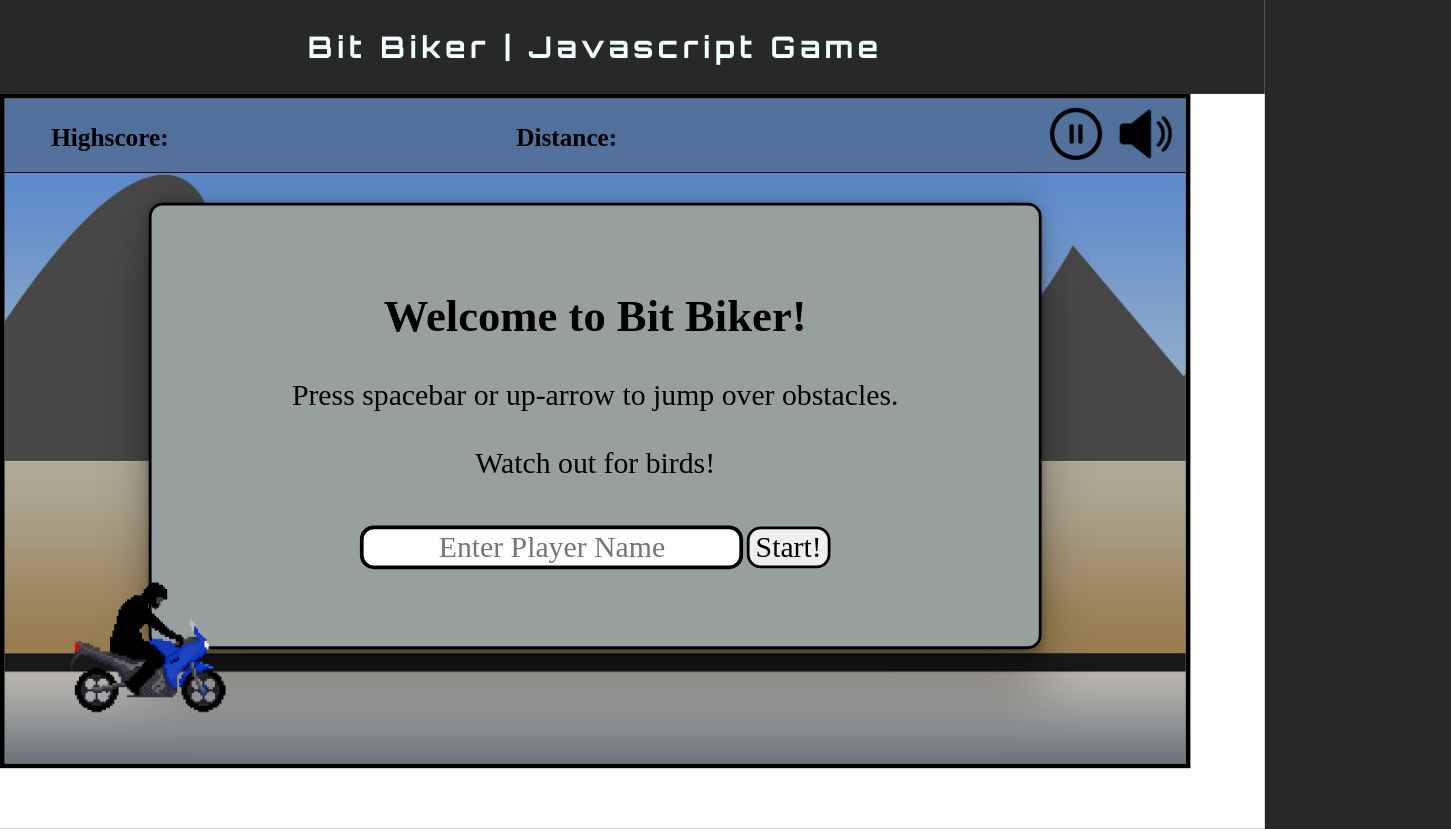
Repository: jellymel0n/bit-biker
Page: index.html
The author's editor kept a copy of each file at every save. The page is drawn from the files as they stood at one save, then again after the next save.
The browser window is 1280 px wide. The page is 1360 px wide, then 1560 px, so the pictures cover 1560 px, including what lies to the right of the window. The pictures show the whole page, at 93% of full size.

Above is the page before, as saved 2021-07-18 20:14:22.

After the next save:
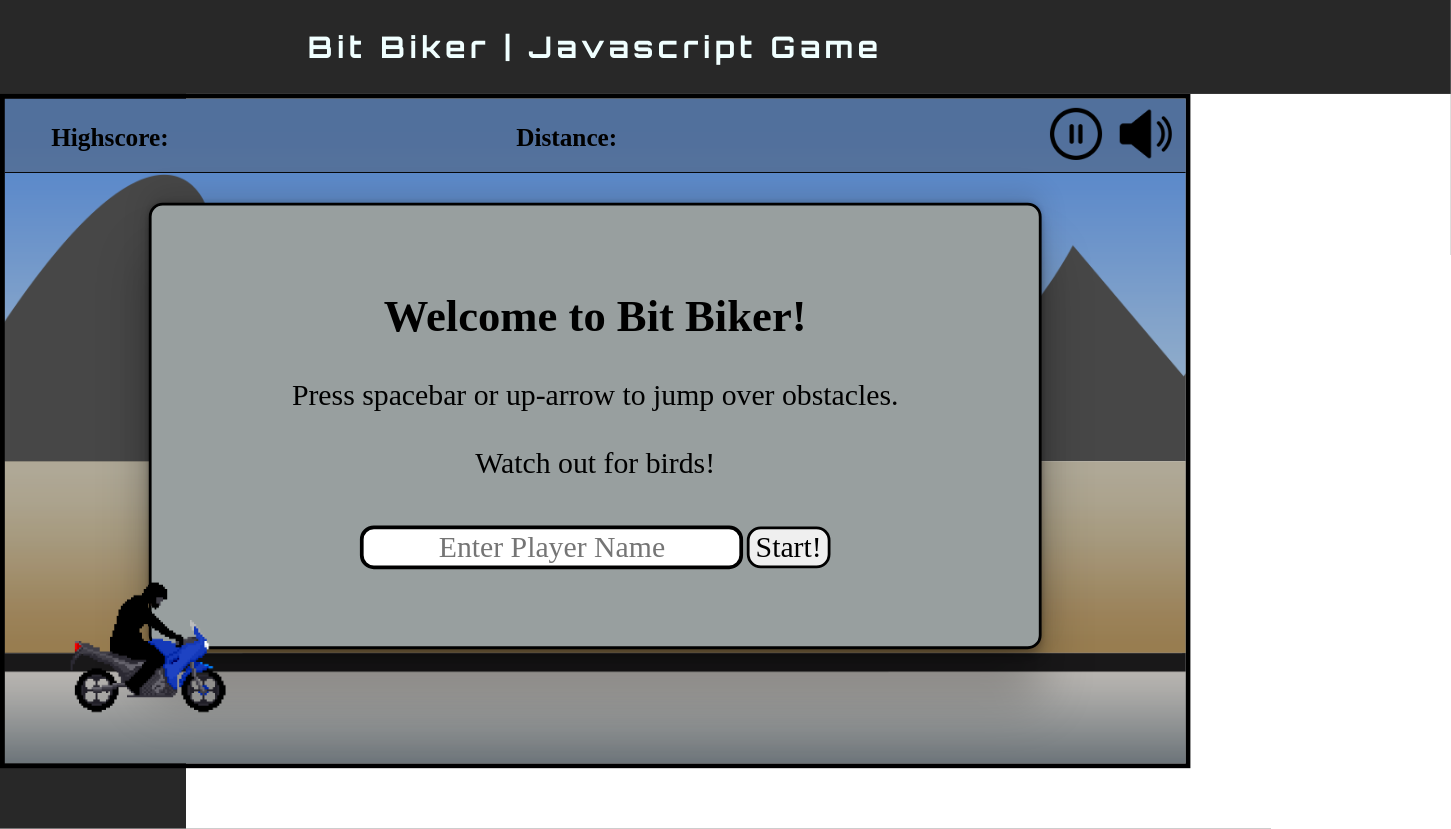
Saved 12 s later.
--- a/styles/styles.css
+++ b/styles/styles.css
@@ -25,6 +25,7 @@ h1 {
     height: 790px;
     background-color: white;
     z-index: -9999;
+    left: 200px;
     /* border-radius: 10%; */
     margin: 0 auto;
     position: absolute;
